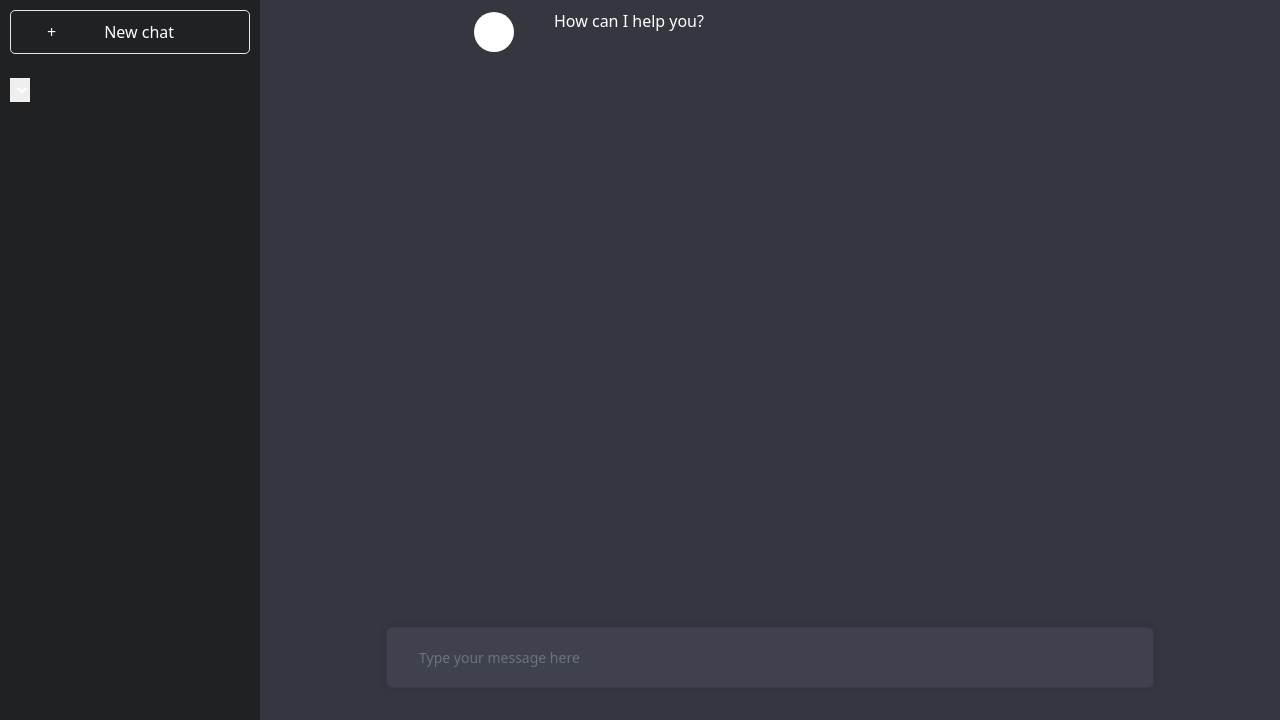
Repository: ciobiano/ChatGPT_V2.0-unoffical-
Page: / (app in client/)
The author's editor kept a copy of each file at every save. The page is drawn from the files as they stood at one save, then again after a run of saves.
The browser window is 1280 px wide. The pictures show the whole page.
The page's requests for data from a server got no answer. The project was rebuilt for these pictures with package versions that can differ from the ones it lists, and the page was loaded fresh each time. No one was signed in, and anything a server would have sent is missing. Also part of the build but not shown: client/src/index.css.

Above is the page before, as saved 2023-01-13 16:46:44.

### client/src/App.js
import "./App.css";
import "./normal.css";
import { useState, useEffect} from "react";

function App() {
	 useEffect(() => {
			getModels();
		}, []);

		// Declare state variables for input, models, current model, and chat log
		const [input, setInput] = useState("");
		const [models, setModels] = useState([]);
		const [currentModel, setCurrentModel] = useState("text-davinci-003");
		const [chatLog, setChatLog] = useState([
			{
				user: "gpt",
				message: "How can I help you?",
			},
		]);

		// function to clear the chat log
		const clearChatLog = () => {
			setChatLog([]);
		};

		// function to fetch the list of available models from the local server
		function getModels() {
			fetch("http://localhost:3080/models")
				.then((response) => response.json())
				.then((data) => setModels(data.models.data));
		}

		// Define a function to handle the form submission
		async function handleSubmit(e) {
			// Prevent the default form submission behavior
			e.preventDefault();

			// Add the user's input to the chat log
			let chatLogNew = [...chatLog, { user: "me", message: `${input}` }];
			// Clear the input field
			setInput("");
			// Update the chat log state
			setChatLog(chatLogNew);

			// Map the chat log array to a string with newline separators
			const messages = chatLogNew.map((message) => message.message).join("\n");
			// Send a POST request to the local server with the chat log and the current model
			const response = await fetch("http://localhost:3080", {
				method: "POST",
				headers: {
					"Content-Type": "application/json",
				},
				body: JSON.stringify({
					message: messages,
					currentModel,
				}),
			});

			// Update the chat log with the response from the server
			const data = await response.json();
			setChatLog([...chatLogNew, { user: "gpt", message: `${data.message}` }]);
		}
	return (
		<div className="App absolute top-0 right-0 bottom-0 left-0">
			<aside className=" bg-[var(--text-primary)] w-[260px] p-[10px]">
				<div className="p-[12px] border  rounded-[5px] text-left hover:bg-[rgba(255,255,255,0.1)] transition-all">
					<span className="pl-6 pr-12 ">+</span>
					New chat
				</div>
				<div className="Models flex items-center mt-[24px] w-full">
					<select
						onChange={(e) => {
							setCurrentModel(e.target.value);
						}}
					>
						{models.map((model) => (
							<option id={model.id}>{model.id}</option>
						))}
					</select>
				</div>
			</aside>
			<section className="chatbox flex-[1] relative ">
				<div className=" chat-log text-left">
					{chatLog.map((message) => (
						<ChatMessage message={message} />
					))}
				</div>
				<div className="input-chat-button p-[24 px] absolute bottom-0 left-0 right-0 ">
					<form
						className="stretch mx-2 flex flex-row gap-3 pt-2 last:mb-2 md:last:mb-6 lg:mx-auto lg:max-w-3xl lg:pt-6"
						onSubmit={handleSubmit}
					>
						<div className="relative flex h-full flex-1 md:flex-col">
							<div className="ml-1 mt-1.5 md:w-full md:m-auto md:flex md:mb-2 gap-2 justify-center">
								<div className="flex flex-col w-full py-2 flex-grow md:py-3 md:pl-4 relative border border-black/10 bg-[#40414f] dark:border-gray-900/50 dark:text-white dark:bg-gray-700 rounded-md shadow-[0_0_10px_rgba(0,0,0,0.10)] dark:shadow-[0_0_15px_rgba(0,0,0,0.10)]">
									<input
										className="w-full h-full px-4 py-2 text-sm text-white placeholder-gray-500 bg-transparent border-none outline-none resize-none"
										rows={1}
										value={input}
										onChange={(e) => setInput(e.target.value)}
										placeholder="Type your message here"
									></input>
								</div>
							</div>
						</div>
					</form>
				</div>
			</section>
		</div>
	);
}


const ChatMessage = ({ message}) => {
	return (
		<div className={` chat-message bg-[var (--text-default)] ${message.user === "gpt" && "chatgpt"}`}>
			<div className="chat-message-center  max-w-[640px] mx-auto flex p-[12px]  px-[24px]">
				<div
					className={`avatar rounded-[50%] w-[40px] h-[40px] ${
						message.user === "gpt" && "chatgpt"
					}`}
				>
					{message.user === "gpt" && (
						<svg
							transform="scale(0.8)"
							width={41}
							height={41}
							fill="none"
							xmlns="http://www.w3.org/2000/svg"
							strokeWidth={1.5}
							className="h-6 w-6"
						>
							<path
								d="M37.532 16.87a9.963 9.963 0 0 0-.856-8.184 10.078 10.078 0 0 0-10.855-4.835A9.964 9.964 0 0 0 18.306.5a10.079 10.079 0 0 0-9.614 6.977 9.967 9.967 0 0 0-6.664 4.834 10.08 10.08 0 0 0 1.24 11.817 9.965 9.965 0 0 0 .856 8.185 10.079 10.079 0 0 0 10.855 4.835 9.965 9.965 0 0 0 7.516 3.35 10.078 10.078 0 0 0 9.617-6.981 9.967 9.967 0 0 0 6.663-4.834 10.079 10.079 0 0 0-1.243-11.813ZM22.498 37.886a7.474 7.474 0 0 1-4.799-1.735c.061-.033.168-.091.237-.134l7.964-4.6a1.294 1.294 0 0 0 .655-1.134V19.054l3.366 1.944a.12.12 0 0 1 .066.092v9.299a7.505 7.505 0 0 1-7.49 7.496ZM6.392 31.006a7.471 7.471 0 0 1-.894-5.023c.06.036.162.099.237.141l7.964 4.6a1.297 1.297 0 0 0 1.308 0l9.724-5.614v3.888a.12.12 0 0 1-.048.103l-8.051 4.649a7.504 7.504 0 0 1-10.24-2.744ZM4.297 13.62A7.469 7.469 0 0 1 8.2 10.333c0 .068-.004.19-.004.274v9.201a1.294 1.294 0 0 0 .654 1.132l9.723 5.614-3.366 1.944a.12.12 0 0 1-.114.01L7.04 23.856a7.504 7.504 0 0 1-2.743-10.237Zm27.658 6.437-9.724-5.615 3.367-1.943a.121.121 0 0 1 .113-.01l8.052 4.648a7.498 7.498 0 0 1-1.158 13.528v-9.476a1.293 1.293 0 0 0-.65-1.132Zm3.35-5.043c-.059-.037-.162-.099-.236-.141l-7.965-4.6a1.298 1.298 0 0 0-1.308 0l-9.723 5.614v-3.888a.12.12 0 0 1 .048-.103l8.05-4.645a7.497 7.497 0 0 1 11.135 7.763Zm-21.063 6.929-3.367-1.944a.12.12 0 0 1-.065-.092v-9.299a7.497 7.497 0 0 1 12.293-5.756 6.94 6.94 0 0 0-.236.134l-7.965 4.6a1.294 1.294 0 0 0-.654 1.132l-.006 11.225Zm1.829-3.943 4.33-2.501 4.332 2.5v5l-4.331 2.5-4.331-2.5V18Z"
								fill="currentColor"
							/>
						</svg>
					)}
				</div>
				<div className="message px-[40px]">{message.message}</div>
			</div>
		</div>
	);
}

export default App;

### client/src/App.css
@tailwind base;
@tailwind components;
@tailwind utilities;


.App {
  text-align: center;
  display: flex;
  background-color: var(--text-default);
  color: #fff;
}

:root {
  --color-primary: #19c37d;
  --color-secondary: #715fde;
  --color-error: #ef4146;
  --gradient-primary: linear-gradient(90deg, #a29bd4, #989fdd);
  --text-primary: #202123;
  --text-default: #353740;
  --text-secondary: #6e6e80;
  --text-disabled: #acacbe;
  --text-error: var(--color-error);
}

.avatar {
  background: #0da37f;

}
.avatar.chatgpt {
  background: #fff;

}

@media (prefers-reduced-motion: no-preference) {
  .App-logo {
    animation: App-logo-spin infinite 20s linear;
  }
}

.App-header {
  background-color: #282c34;
  min-height: 100vh;
  display: flex;
  flex-direction: column;
  align-items: center;
  justify-content: center;
  font-size: calc(10px + 2vmin);
  color: white;
}

.App-link {
  color: #61dafb;
}

@keyframes App-logo-spin {
  from {
    transform: rotate(0deg);
  }
  to {
    transform: rotate(360deg);
  }
}

### client/src/normal.css
/*! normalize.css v8.0.1 | MIT License | github.com/necolas/normalize.css */

/* Document
   ========================================================================== */

/**
 * 1. Correct the line height in all browsers.
 * 2. Prevent adjustments of font size after orientation changes in iOS.
 */

html {
    line-height: 1.15;
    /* 1 */
    -webkit-text-size-adjust: 100%;
    /* 2 */
}

/* Sections
     ========================================================================== */

/**
   * Remove the margin in all browsers.
   */

body {
    margin: 0;
}

/**
  * easier control over setting box-sizing: content-box for third party widgets
  * https://stackoverflow.com/questions/29605843/how-do-you-add-box-sizing-border-box-to-normalize-css-file
  */
html {
    -webkit-box-sizing: border-box;
    -moz-box-sizing: border-box;
    box-sizing: border-box;
}

*,
*::before,
*::after {
    -webkit-box-sizing: inherit;
    -moz-box-sizing: inherit;
    box-sizing: inherit;
}

/**
   * Render the `main` element consistently in IE.
   */

main {
    display: block;
}

/**
   * Correct the font size and margin on `h1` elements within `section` and
   * `article` contexts in Chrome, Firefox, and Safari.
   */

h1 {
    font-size: 2em;
    margin: 0.67em 0;
}

/* Grouping content
     ========================================================================== */

/**
   * 1. Add the correct box sizing in Firefox.
   * 2. Show the overflow in Edge and IE.
   */

hr {
    box-sizing: content-box;
    /* 1 */
    height: 0;
    /* 1 */
    overflow: visible;
    /* 2 */
}

/**
   * 1. Correct the inheritance and scaling of font size in all browsers.
   * 2. Correct the odd `em` font sizing in all browsers.
   */

pre {
    font-family: monospace, monospace;
    /* 1 */
    font-size: 1em;
    /* 2 */
}

/* Text-level semantics
     ========================================================================== */

/**
   * Remove the gray background on active links in IE 10.
   */

a {
    background-color: transparent;
}

/**
   * 1. Remove the bottom border in Chrome 57-
   * 2. Add the correct text decoration in Chrome, Edge, IE, Opera, and Safari.
   */

abbr[title] {
    border-bottom: none;
    /* 1 */
    text-decoration: underline;
    /* 2 */
    text-decoration: underline dotted;
    /* 2 */
}

/**
   * Add the correct font weight in Chrome, Edge, and Safari.
   */

b,
strong {
    font-weight: bolder;
}

/**
   * 1. Correct the inheritance and scaling of font size in all browsers.
   * 2. Correct the odd `em` font sizing in all browsers.
   */

code,
kbd,
samp {
    font-family: monospace, monospace;
    /* 1 */
    font-size: 1em;
    /* 2 */
}

/**
   * Add the correct font size in all browsers.
   */

small {
    font-size: 80%;
}

/**
   * Prevent `sub` and `sup` elements from affecting the line height in
   * all browsers.
   */

sub,
sup {
    font-size: 75%;
    line-height: 0;
    position: relative;
    vertical-align: baseline;
}

sub {
    bottom: -0.25em;
}

sup {
    top: -0.5em;
}

/* Embedded content
     ========================================================================== */

/**
   * Remove the border on images inside links in IE 10.
   */

img {
    border-style: none;
}

/* Forms
     ========================================================================== */

/**
   * 1. Change the font styles in all browsers.
   * 2. Remove the margin in Firefox and Safari.
   */

button,
input,
optgroup,
select,
textarea {
    font-family: inherit;
    /* 1 */
    font-size: 100%;
    /* 1 */
    line-height: 1.15;
    /* 1 */
    margin: 0;
    /* 2 */
}

/**
   * Show the overflow in IE.
   * 1. Show the overflow in Edge.
   */

button,
input {
    /* 1 */
    overflow: visible;
}

/**
   * Remove the inheritance of text transform in Edge, Firefox, and IE.
   * 1. Remove the inheritance of text transform in Firefox.
   */

button,
select {
    /* 1 */
    text-transform: none;
}

/**
   * Correct the inability to style clickable types in iOS and Safari.
   */

button,
[type="button"],
[type="reset"],
[type="submit"] {
    -webkit-appearance: button;
}

/**
   * Remove the inner border and padding in Firefox.
   */

button::-moz-focus-inner,
[type="button"]::-moz-focus-inner,
[type="reset"]::-moz-focus-inner,
[type="submit"]::-moz-focus-inner {
    border-style: none;
    padding: 0;
}

/**
   * Restore the focus styles unset by the previous rule.
   */

button:-moz-focusring,
[type="button"]:-moz-focusring,
[type="reset"]:-moz-focusring,
[type="submit"]:-moz-focusring {
    outline: 1px dotted ButtonText;
}

/**
   * Correct the padding in Firefox.
   */

fieldset {
    padding: 0.35em 0.75em 0.625em;
}

/**
   * 1. Correct the text wrapping in Edge and IE.
   * 2. Correct the color inheritance from `fieldset` elements in IE.
   * 3. Remove the padding so developers are not caught out when they zero out
   *    `fieldset` elements in all browsers.
   */

legend {
    box-sizing: border-box;
    /* 1 */
    color: inherit;
    /* 2 */
    display: table;
    /* 1 */
    max-width: 100%;
    /* 1 */
    padding: 0;
    /* 3 */
    white-space: normal;
    /* 1 */
}

/**
   * Add the correct vertical alignment in Chrome, Firefox, and Opera.
   */

progress {
    vertical-align: baseline;
}

/**
   * Remove the default vertical scrollbar in IE 10+.
   */

textarea {
    overflow: auto;
}

/**
   * 1. Add the correct box sizing in IE 10.
   * 2. Remove the padding in IE 10.
   */

[type="checkbox"],
[type="radio"] {
    box-sizing: border-box;
    /* 1 */
    padding: 0;
    /* 2 */
}

/**
   * Correct the cursor style of increment and decrement buttons in Chrome.
   */

[type="number"]::-webkit-inner-spin-button,
[type="number"]::-webkit-outer-spin-button {
    height: auto;
}

/**
   * 1. Correct the odd appearance in Chrome and Safari.
   * 2. Correct the outline style in Safari.
   */

[type="search"] {
    -webkit-appearance: textfield;
    /* 1 */
    outline-offset: -2px;
    /* 2 */
}

/**
   * Remove the inner padding in Chrome and Safari on macOS.
   */

[type="search"]::-webkit-search-decoration {
    -webkit-appearance: none;
}

/**
   * 1. Correct the inability to style clickable types in iOS and Safari.
   * 2. Change font properties to `inherit` in Safari.
   */

::-webkit-file-upload-button {
    -webkit-appearance: button;
    /* 1 */
    font: inherit;
    /* 2 */
}

/* Interactive
     ========================================================================== */

/*
   * Add the correct display in Edge, IE 10+, and Firefox.
   */

details {
    display: block;
}

/*
   * Add the correct display in all browsers.
   */

summary {
    display: list-item;
}

/* Misc
     ========================================================================== */

/**
   * Add the correct display in IE 10+.
   */

template {
    display: none;
}

/**
   * Add the correct display in IE 10.
   */

[hidden] {
    display: none;
}

Loaded but not shown: client/public/index.html (common file); client/src/index.js (common file); client/src/reportWebVitals.js (common file); client/tailwind.config.js (common file)

After the next 2 saves:
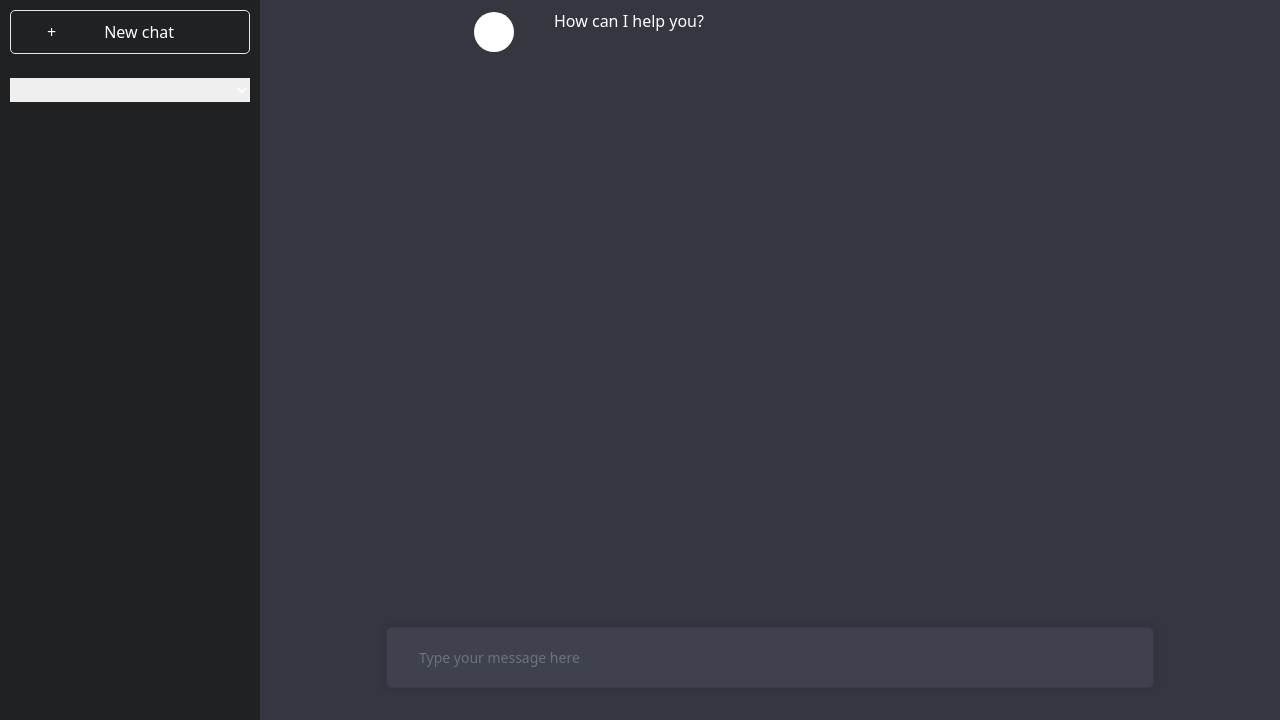
The 2 saves are shown as one change because they came seconds apart.
The last was saved 9 s later.
--- a/client/src/App.js
+++ b/client/src/App.js
@@ -68,7 +68,7 @@
 					New chat
 				</div>
 				<div className="Models flex items-center mt-[24px] w-full">
-					<select
+					<select className="w-full" value={currentModel}
 						onChange={(e) => {
 							setCurrentModel(e.target.value);
 						}}
